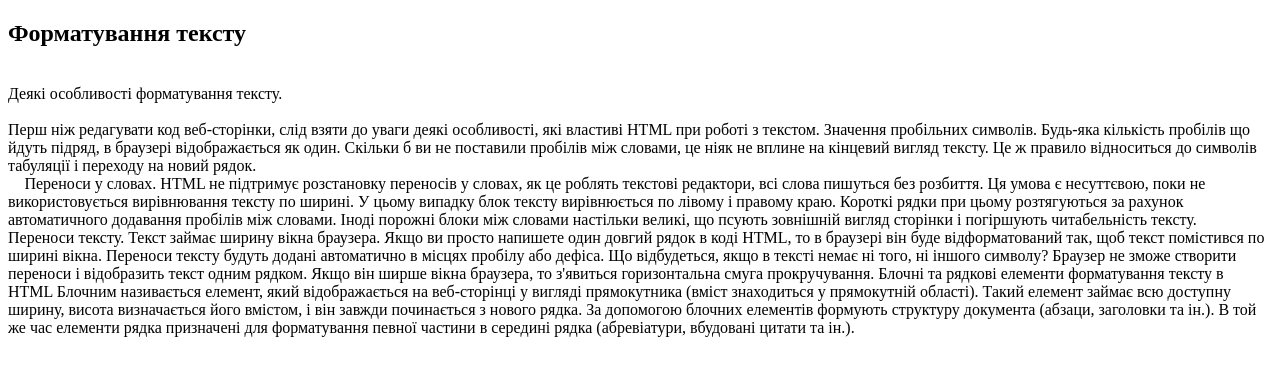
Repository: KseniaMakara/Web
Page: Web/directory.html
The author's editor kept a copy of each file at every save. The page is drawn from the files as they stood at one save, then again after the next save.
The browser window is 1280 px wide. The pictures show the whole page.

Above is the page before, as saved 2021-02-15 16:12:06.

After the next save:
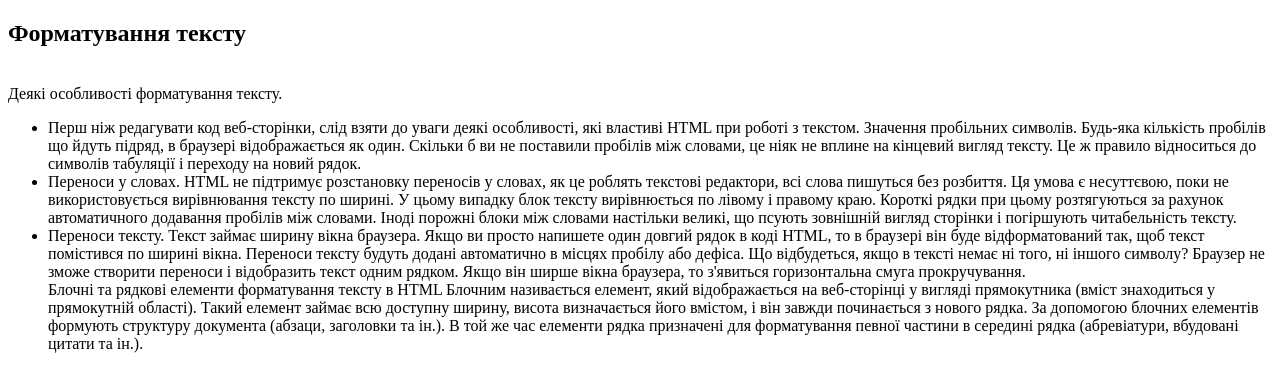
Saved 3 min 52 s later.
--- a/Web/directory.html
+++ b/Web/directory.html
@@ -7,26 +7,27 @@
     <body>
         <h2>Форматування тексту </h2>
         <br>Деякі особливості форматування тексту.</br>
-        <br>Перш ніж редагувати код веб-сторінки, слід взяти до уваги деякі
+        <ul>
+        <li>Перш ніж редагувати код веб-сторінки, слід взяти до уваги деякі
         особливості, які властиві HTML при роботі з текстом.
          Значення пробільних символів. Будь-яка кількість пробілів що йдуть
         підряд, в браузері відображається як один. Скільки б ви не поставили пробілів
         між словами, це ніяк не вплине на кінцевий вигляд тексту. Це ж правило
-        відноситься до символів табуляції і переходу на новий рядок.</br>
-         Переноси у словах. HTML не підтримує розстановку переносів у
+        відноситься до символів табуляції і переходу на новий рядок.</li>
+        <li>Переноси у словах. HTML не підтримує розстановку переносів у
         словах, як це роблять текстові редактори, всі слова пишуться без розбиття. Ця
         умова є несуттєвою, поки не використовується вирівнювання тексту по ширині.
         У цьому випадку блок тексту вирівнюється по лівому і правому краю. Короткі
         рядки при цьому розтягуються за рахунок автоматичного додавання пробілів між
         словами. Іноді порожні блоки між словами настільки великі, що псують
-        зовнішній вигляд сторінки і погіршують читабельність тексту.
-         Переноси тексту. Текст займає ширину вікна браузера. Якщо ви
+        зовнішній вигляд сторінки і погіршують читабельність тексту.</li>
+        <li> Переноси тексту. Текст займає ширину вікна браузера. Якщо ви
         просто напишете один довгий рядок в коді HTML, то в браузері він буде
         відформатований так, щоб текст помістився по ширині вікна. Переноси тексту
         будуть додані автоматично в місцях пробілу або дефіса. Що відбудеться, якщо в
         тексті немає ні того, ні іншого символу? Браузер не зможе створити переноси і
         відобразить текст одним рядком. Якщо він ширше вікна браузера, то з'явиться
-        горизонтальна смуга прокручування.
+        горизонтальна смуга прокручування.</li>
         Блочні та рядкові елементи форматування тексту в HTML
         Блочним називається елемент, який відображається на веб-сторінці у вигляді
         прямокутника (вміст знаходиться у прямокутній області). Такий елемент займає
@@ -35,6 +36,8 @@
         структуру документа (абзаци, заголовки та ін.). В той же час елементи рядка
         призначені для форматування певної частини в середині рядка (абревіатури,
         вбудовані цитати та ін.).
+        </ul>
+
 
 
 
